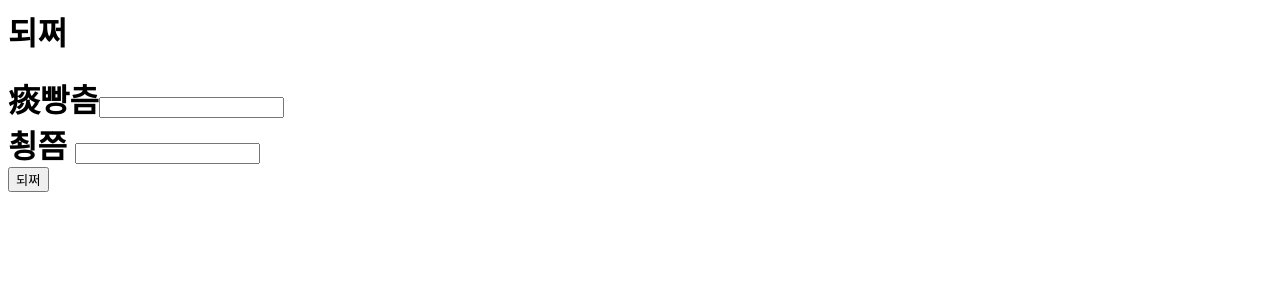
Repository: qq847261175/JavaWeb
Page: Servlet_0011_LoginServlet/WebRoot/default.html
The author's editor kept a copy of each file at every save. The page is drawn from the files as they stood at one save, then again after the next save.
The browser window is 1280 px wide. The pictures show the whole page.

Above is the page before, as saved 2016-10-27 17:24:29.

### Servlet_0011_LoginServlet/WebRoot/default.html
<html>
<head>
<head/>
<body>
<h1>되쩌<h1/>

<form action="LoginServlet"  method="post">
痰빵츰<input type="text" name="userName"/><br/>
쵱쯤   <input type="password" name="password"/><br/>
<input type="submit" value="되쩌"/>
<form/>
<body/>
<html/>

After the next save:
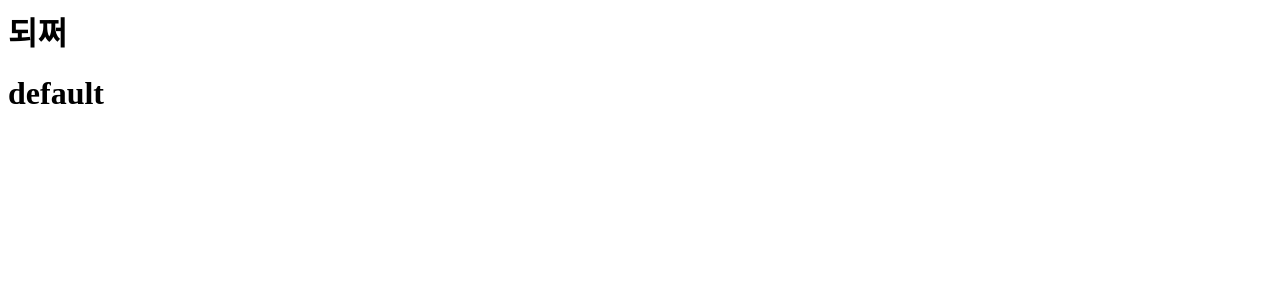
Saved 11 s later.
--- a/Servlet_0011_LoginServlet/WebRoot/default.html
+++ b/Servlet_0011_LoginServlet/WebRoot/default.html
@@ -4,10 +4,6 @@
 <body>
 <h1>되쩌<h1/>
 
-<form action="LoginServlet"  method="post">
-痰빵츰<input type="text" name="userName"/><br/>
-쵱쯤   <input type="password" name="password"/><br/>
-<input type="submit" value="되쩌"/>
-<form/>
+default
 <body/>
 <html/>
